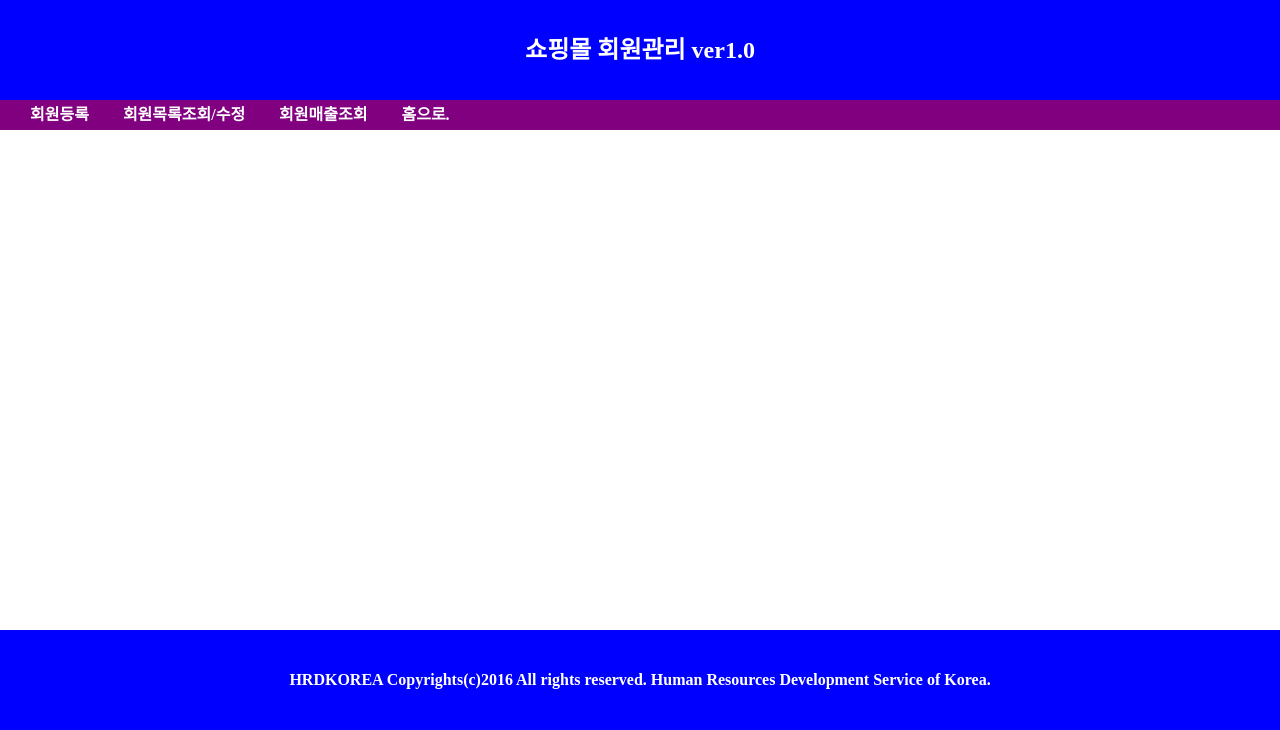
Repository: brightjy/Today-what-I-practiced
Page: http://localhost/HRD_0514/
The author's editor kept a copy of each file at every save. The page is drawn from the files as they stood at one save, then again after the next save.
The browser window is 1280 px wide. The pictures show the whole page.
The page is served by Tomcat 9. Other server files are loaded and not shown.

Above is the page before, as saved 2020-05-14 12:14:39.

### hrdkorea_0514/HRD_0514/WebContent/index.jsp
<%@ page language="java" contentType="text/html; charset=UTF-8"
    pageEncoding="UTF-8"%>

<!DOCTYPE html>
<html>
<head>
<meta charset="UTF-8">
<title>Insert title here</title>
</head>
<body>
	<jsp:forward page="view/main.jsp"></jsp:forward>
</body>
</html>

### hrdkorea_0514/HRD_0514/WebContent/view/main.jsp
<%@ page language="java" contentType="text/html; charset=UTF-8"
    pageEncoding="UTF-8"%>
<!DOCTYPE html>
<html>
<head>
<meta charset="UTF-8">
<title>Insert title here</title>
</head>
<body>
<jsp:include page="header.jsp"></jsp:include>
<section>

</section>
<jsp:include page="footer.jsp"></jsp:include>
</body>
</html>

### hrdkorea_0514/HRD_0514/WebContent/view/header.jsp
<%@ page language="java" contentType="text/html; charset=UTF-8"
    pageEncoding="UTF-8"%>
<% String conPath = request.getContextPath(); %>
<!DOCTYPE html>
<html>
<head>
<meta charset="UTF-8">
<title>Insert title here</title>
<style>
*{margin:0 auto;}
h2, h4{text-align:center;}
a{text-decoration: none; padding-right:30px; color:white; font-weight:bold;}
header,footer{height:100px; background-color:blue; line-height:100px; color:white;}
nav{background-color:purple; height:30px; line-height:30px; padding-left:30px;}
section{height:500px;}
</style>
</head>
<body>
<header>
<h2>쇼핑몰 회원관리 ver1.0</h2>
</header>
<nav>
	<a href="<%=conPath %>/view/registerMemberView.jsp">회원등록</a>
	<a href="<%=conPath %>/view/memberList.jsp">회원목록조회/수정</a>
	<a href="<%=conPath %>/view/moneyList.jsp">회원매출조회</a>
	<a href="<%=conPath %>/view/main.jsp">홈으로.</a>
</nav>

</body>
</html>

### hrdkorea_0514/HRD_0514/WebContent/view/footer.jsp
<%@ page language="java" contentType="text/html; charset=UTF-8"
    pageEncoding="UTF-8"%>
<!DOCTYPE html>
<html>
<head>
<meta charset="UTF-8">
<title>Insert title here</title>
</head>
<body>
<footer>
<h4>HRDKOREA Copyrights(c)2016 All rights reserved. Human Resources Development Service of Korea.</h4>
</footer>
</body>
</html>

After the next save:
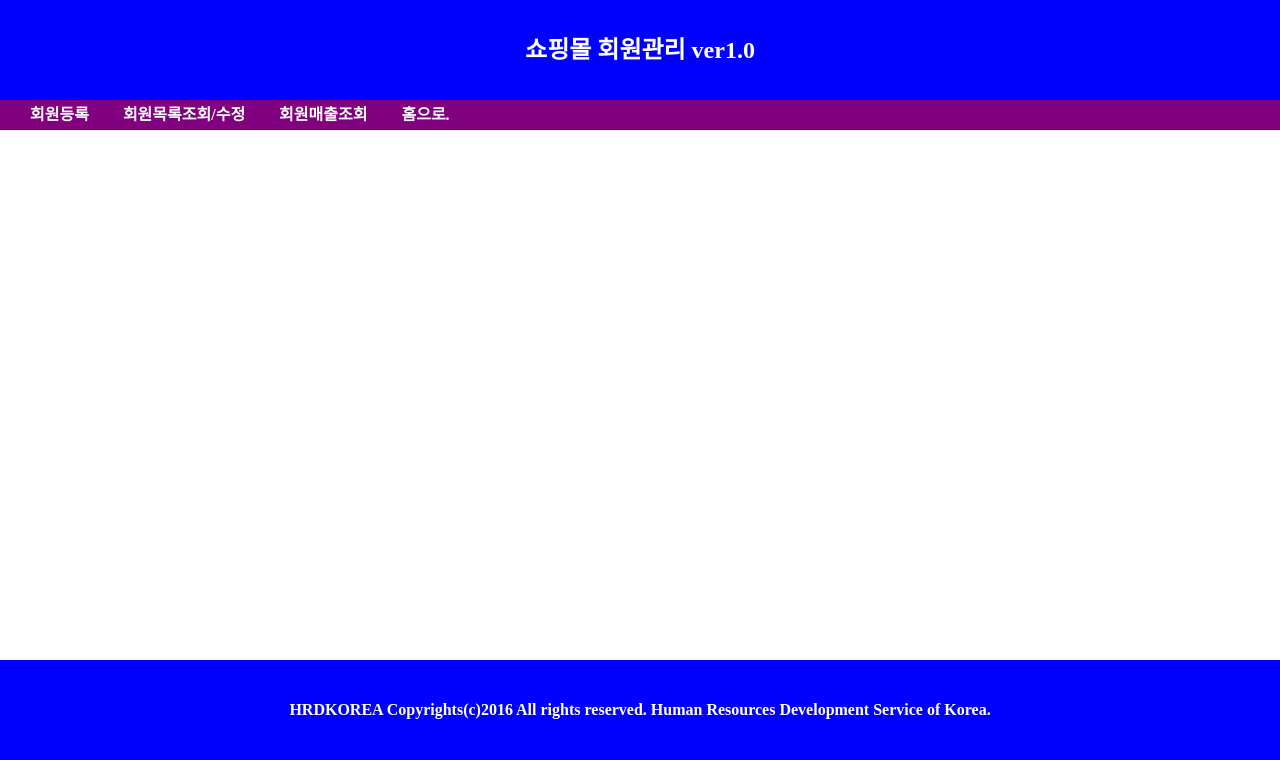
Saved 19 s later.
--- a/hrdkorea_0514/HRD_0514/WebContent/view/header.jsp
+++ b/hrdkorea_0514/HRD_0514/WebContent/view/header.jsp
@@ -12,7 +12,7 @@ h2, h4{text-align:center;}
 a{text-decoration: none; padding-right:30px; color:white; font-weight:bold;}
 header,footer{height:100px; background-color:blue; line-height:100px; color:white;}
 nav{background-color:purple; height:30px; line-height:30px; padding-left:30px;}
-section{height:500px;}
+section{height:530px;}
 </style>
 </head>
 <body>
